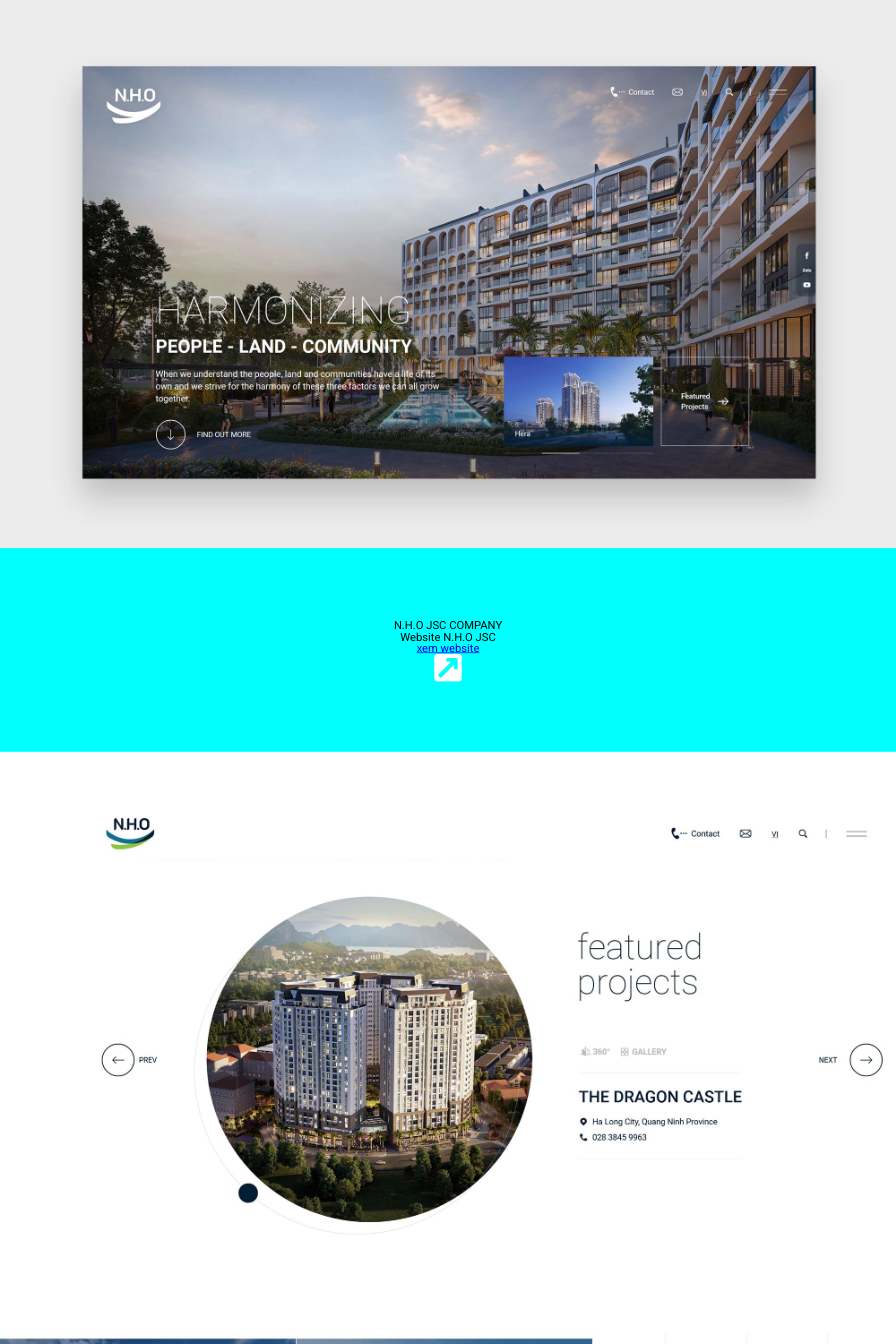
Repository: Minns-Cao/project-BTQ
Page: company.html
These files come from the project's save history. The page is drawn as it stood at one moment and after the next save; the edit follows.
The browser window is 1280 px wide. The pictures show the part of the page from y = 0 to 1920 px (the page is 6057 px tall), at 70% of full size.

Above is the page before, as saved 2023-07-02 09:33:48.
Console error: TypeError: Cannot read properties of null (reading 'addEventListener')

### company.html
<!DOCTYPE html>
<html lang="en">
    <head>
        <meta charset="UTF-8" />
        <meta http-equiv="X-UA-Compatible" content="IE=edge" />
        <meta name="viewport" content="width=device-width, initial-scale=1.0" />
        <title>BTQ</title>
        <!-- Fonts -->
        <link rel="preconnect" href="https://fonts.googleapis.com" />
        <link rel="preconnect" href="https://fonts.gstatic.com" crossorigin />
        <link
            href="https://fonts.googleapis.com/css2?family=Roboto:wght@100;300;400;500;700;900&display=swap"
            rel="stylesheet"
        />
        <!-- Reset CSS -->
        <link rel="stylesheet" href="./assets/css/reset.css" />
        <!-- Style CSS -->
        <link rel="stylesheet" href="./assets/css/headerFooter.css" />
        <link rel="stylesheet" href="./assets/css/styleCustomer.css" />
    </head>
    <body>
        <main>
            <div class="imgFirst">
                <img src="./imagesCompany/NHO/1.jpg" alt="" class="thumb" />
            </div>
            <div class="details-title-name">
                <h3 class="name">N.H.O JSC COMPANY</h3>
                <h3 class="label">Website N.H.O JSC</h3>
                <a href="https://www.nhojsc.vn/" class="linkWebCus">
                    <p class="seeMore">xem website</p>
                    <div class="icon">
                        <svg
                            xmlns="http://www.w3.org/2000/svg"
                            x="0px"
                            y="0px"
                            viewBox="0 0 100 100"
                        >
                            <path
                                fill="currentColor"
                                d="M99,11.6v76.8C99,94.3,94.3,99,88.4,99H11.6C5.7,99,1,94.3,1,88.4V11.6C1,5.7,5.7,1,11.6,1h76.8C94.3,1,99,5.7,99,11.6z
                        M78.1,15h-29c-2.8,0-5,2.2-5,5v3.1c0,2.8,2.5,5.3,5.3,5l12.2-0.3L16.6,73.1c-1.9,1.6-1.9,4.4,0,6.2l4.4,4.4c1.6,1.6,4.4,1.6,6.2,0
                       l44.9-45.3l-0.6,12.2c0,2.8,2.2,5.3,5,5.3h3.1c2.8,0,5-2.2,5-5v-29C84.6,21.9,85.2,15,78.1,15z"
                            ></path>
                        </svg>
                    </div>
                </a>
            </div>
            <div class="imgSecond">
                <img src="./imagesCompany/NHO/2.jpg" alt="" class="thumb" />
            </div>
            <div class="imgThird">
                <img src="./imagesCompany/NHO/3.jpg" alt="" class="thumb" />
            </div>
        </main>
        <!-- <iframe src="https://minns-cao.github.io/Minns-Project-MatBao/" id="myIframe" width="80%" title="W3Schools Free Online Web Tutorials">
        </iframe> -->
        <script src="./app_OpenAns.js"></script>
    </body>
</html>

### assets/css/headerFooter.css
* {
    box-sizing: border-box;
}

:root {
    --color-bg1: #24547f;
    --color-bg2: #463b75;
    --color-bg3: #d9996b;
    --color-bg4: #86506c;
    --color-bg5: #206a54;
    --color-bg6: #779273;
    --color-bg7: #e48f92;
    --color-bg8: #6dbcc5;
    --color-bgMenu: #24547f;
}

html {
    font-size: 62.5%;
}

body {
    font-family: "Roboto", sans-serif;
    font-size: 1.6rem;
}

/* =======================HEADER======================= */
.navigation {
    position: fixed;
    top: 0;
    left: 0;
    display: flex;
    justify-content: space-between;
    width: 100%;
    padding: 20px 30px;
    z-index: 100000;
}

.navigation .logo {
    transition: all 0.5s ease-out;
}

.navigation .box {
    display: flex;
    justify-content: center;
    align-items: center;
    gap: 1vw;
}

.navigation .targetPage{
    display: flex;
    align-items: center;
    transition: all 0.8s ease-out;
}

.navigation .targetPage .dot {
    width: 20px;
    height: 20px;
}

.navigation .targetPage .namePage {
    text-transform: uppercase;
    color: #fff;
    font-size: 36px;
    vertical-align: middle;
    white-space: nowrap;
    letter-spacing: -1px;
    line-height: 1.1;
    display: inline-block;
    font-weight: 400;
    margin-left: 1vw;
}

.navigationBar {
    display: flex;
    align-items: center;
    gap: 80px;
}

.navigationBar .lang {
    position: relative;
    font-weight: 900;
    font-size: 18px;
    line-height: 50px;
    text-transform: uppercase;
    color: #fff;
    width: auto;
    display: inline-block;
    padding-bottom: 10px;
    visibility: hidden;
    opacity: 0;
    pointer-events: none;
    transition: all 0.5s ease-in-out 0.2s;
    z-index: 10000;
}

.navigationBar .lang.active {
    visibility: visible;
    opacity: 1;
    pointer-events: all;
}
.navigationBar .lang::after,
.navigationBar .lang::before {
    position: absolute;
    content: "";
    display: block;
    width: 30px;
    height: 1px;
    background-color: #fff;
}

.navigationBar .lang::after {
    top: 40%;
    left: 130%;
}
.navigationBar .lang::before {
    top: 40%;
    right: 130%;
}



.navigation .iconBar {
    position: relative;
    display: block;
    width: 70px;
    height: 60px;
    color: #000;
    transform: translateX(0);
    transition: all 0.5s ease-in-out 0.2s;
    z-index: 10000;
}

.navigation .iconBar.active{
    transform: translateX(2vw);
}

.navigation .iconBar .background{
    width: 100%;
    height: 100%;
    background-color: rgba(0,0,0,.1);
    border-radius: 5px;
    transform: translate(-10%, -5%);
    visibility:hidden;
}



.iconBar .lineMid,
.iconBar .lineTop,
.iconBar .lineBot {
    position: absolute;
    top: 25px;
    left: 0px;
    height: 2px;
    width: 75%;
    background-color: #fff;
    box-shadow: 3px 3px 0 rgb(0 0 0 / 10%);
    transition: all 0.3s ease-in-out;
}

.iconBar .lineMid {
    opacity: 1;
    visibility: visible;
}

.iconBar .lineTop {
    top: 15px;
    left: 5px;
    width: 40%;
}

.iconBar .lineBot {
    top: 35px;
    left: 5px;
    width: 40%;
}

.navigation .iconBar:hover .lineMid {
    width: 50%;
}

.navigation .iconBar:hover .lineTop,
.navigation .iconBar:hover .lineBot {
    width: 60%;
}

/* nav onClick */

.navigation .onClick.iconBar .lineMid {
    visibility: hidden;
    opacity: 0;
}

.navigation .onClick.iconBar .lineTop,
.navigation .onClick.iconBar .lineBot {
    top: 25px;
    left: 10px;
    width: 50%;
}

.navigation .onClick.iconBar .lineTop {
    transform: rotate(45deg);
}
.navigation .onClick.iconBar .lineBot {
    transform: rotate(-45deg);
}

.navigation .onClick.iconBar:hover .lineTop,
.navigation .onClick.iconBar:hover .lineBot {
    top: 25px;
    width: 50%;
}

.navigation .onClick.iconBar:hover .lineTop {
    left: 11px;
    transform: rotate(90deg);
    box-shadow: none;
}
.navigation .onClick.iconBar:hover .lineBot {
    left: 9px;
    transform: rotate(-90deg);
    box-shadow: none;
}

/* =======================HEADER-MENU======================= */

header .menu {
    position: absolute;
    top: 0;
    right: 0;
    width: 100%;
}

header .menu .bg-menu {
    position: absolute;
    top: 0;
    left: 0;
    display: block;
    width: 100vw;
    height: 100vh;
    z-index: 101;
    overflow: hidden;
    pointer-events: none;
}

header .menu .color-bg-menu {
    display: block;
    width: 100%;
    height: 100%;
    border-radius: 50%;
    background-image: linear-gradient(
        -135deg,
        var(--color-bgMenu) 65%,
        transparent 80%
    );
    opacity: 0;
    visibility: hidden;
    transition: all 0.3s linear;
    pointer-events: none;
}

header .menu .color-bg-menu.active {
    animation: bg-menuAnimation_active 0.5s linear forwards;
}
header .menu .color-bg-menu.noActive {
    animation: bg-menuAnimation_noActive 5s linear forwards;
}

@keyframes bg-menuAnimation_active {
    0% {
        opacity: 0;
        visibility: hidden;
        transform: translate(60%, -60%) scale(1);
    }
    30% {
        opacity: 0.98;
        visibility: visible;
    }
    100% {
        opacity: 0.98;
        visibility: visible;
        transform: translate(60%, -60%) scale(4);
        pointer-events: none;
    }
}
@keyframes bg-menuAnimation_noActive {
    0% {
        opacity: 0.98;
        visibility: visible;
        transform: translate(60%, -60%) scale(4);
    }
    30% {
        opacity: 0;
        visibility: visible;
    }
    100% {
        opacity: 0;
        visibility: none;
        transform: translate(60%, -60%) scale(3.5);
        pointer-events: all;
    }
}
header .menu .main-menu {
    position: absolute;
    top: 0;
    right: 0;
    display: flex;
    align-items: flex-end;
    flex-direction: column;
    gap: 50px;
    width: 100%;
    height: 100%;
    padding-top: 70px;
    margin-right: 10vw;
    margin-top: 10vh;
    z-index: 102;
    visibility: hidden;
    opacity: 0;
    pointer-events: none;
    transition: all 0.5s ease-in-out 0.2s;
}

header .menu .main-menu.active {
    visibility: visible;
    opacity: 1;
    pointer-events: all;
}

header .menu .iconHome {
    display: block;
    width: 50px;
    height: 36px;
    color: #fff;
}

header .menu a{
    text-decoration: none;
}

header .menu .menuItem {
    font-weight: 900;
    font-size: calc(100vh / 14);
    line-height: 1;
    letter-spacing: 2px;
    text-transform: uppercase;
    white-space: nowrap;
    color: #fff;
    -webkit-text-stroke: 1px #fff;
    -webkit-text-fill-color: transparent;
    transition: all 0.5s ease-in-out;

}

header .menu .menuItem:hover {
    color: #fcd62c;
    -webkit-text-stroke: 1px #fcd62c;
    -webkit-text-fill-color: #fcd62c;
}

footer .contentBlockFooter{
    height: 35vh;
    background-color: #91b879;
    position: relative;
}

footer .contentBlockFooter::after{
    position: absolute;
    content: '';
    display: block;
    pointer-events: none;
    background-color: #fff;
    width: 1px;
    height: 6vw;
    top: -3vw;
    left: 50%;
    z-index: 10;
}

footer .contentBlockFooter .contentBox {
    padding-top: 60px;
    display: flex;
    flex-direction: column;
    justify-content: center;
    align-items: center;
}

footer .contentBlockFooter .contentBox svg{
    color: #fff;
    width: 60px;
    height: 60px;
}

footer .contentBlockFooter .contentBox .copyRight{
    font-size: 13px;
    line-height: 1.2;
    color: #fff;
    text-transform: uppercase;
}

footer .contentBlockFooter .contentBox .copyRight strong {
    font-weight: 900;
}

### assets/css/styleCustomer.css
/* ==========================imgFirst============================= */
body{
    background-color: aqua;
}
.thumb {
    width: 100vw;
}

.details-title-name {
    display: flex;
    justify-content: center;
    align-items: center;
    flex-direction: column;
    width: 100%;
    height: 40vh;
}

.details-title-name .linkWebCus {
    display: flex;
    flex-direction: column;
    justify-content: center;
    align-items: center;
}

.details-title-name .linkWebCus .name{
    font-size: 5vw;
    font-weight: 100;
    line-height: 1.2;
    position: relative;
    margin: 10px 0;
    color: #fff;
    text-align: center;
    display: block;
}

.details-title-name .icon {
    width: 40px;
    height: 40px;
    color: #fff;
}



#myIframe {
    position: absolute;
    height: 100vh;
    top: 0;
    left: 0;
    right: 0;
    bottom: 0;
    z-index: 1000000;
    background-color: rebeccapurple;
    overflow: hidden;
}

### app_OpenAns.js
// ======================activeIconMenuBar=========================
function activeIconMenuBar(x) {
    x.classList.toggle("onClick");
    let mainMenu = document.querySelector("header .menu .main-menu");
    let lang = document.querySelector(".navigationBar .lang");
    let bgMenu = document.querySelector("header .menu .color-bg-menu");
    if (x.classList.contains("onClick")) {
        mainMenu.classList.add("active");
        lang.classList.add("active");
        bgMenu.classList.add("active");
        bgMenu.classList.remove("noActive");
        changeBackroundMenu();
    } else {
        mainMenu.classList.remove("active");
        lang.classList.remove("active");
        bgMenu.classList.remove("active");
        bgMenu.classList.add("noActive");
    }
}

let dataBackgroundMenu = [
    "#24547f",
    "#463b75",
    "#d9996b",
    "#86506c",
    "#206a54",
    "#779273",
    "#e48f92",
    "#6dbcc5",
];

function changeBackroundMenu() {
    let first_elm = dataBackgroundMenu.shift();
    dataBackgroundMenu.push(first_elm);
    document
        .querySelector("header .menu .color-bg-menu")
        .style.setProperty("--color-bgMenu", dataBackgroundMenu[0]);
}

// ======================textRun=========================

let thisBox_list = document.querySelectorAll(
    ".contentBlock1 .textBanner .thisBox"
);
thisBox_list.forEach((thisBox) => {
    let widthContent = thisBox.offsetWidth / 2;
    let thisBoxStyles = getComputedStyle(thisBox);
    thisBox.style.setProperty("--contentWidth", `${-widthContent + 9.5}px`);
});

// ======================EnterButton=========================
let objIcon = document.querySelector(".obj-icon");
objIcon.addEventListener("mousemove", (e) => {
    let xValue = e.clientX;
    let yValue = e.clientY;
    let rectOfobjIcon = objIcon.getBoundingClientRect();
    let yValueBtn = rectOfobjIcon.top + rectOfobjIcon.height / 2;
    let xValueBtn = rectOfobjIcon.left + rectOfobjIcon.width / 2;
    let speed = 0.125;
    objIcon.style.transform = `translate(${-(xValue - xValueBtn) * speed}px,${
        -(yValue - yValueBtn) * speed
    }px) `;
});

objIcon.addEventListener("mouseout", () => {
    objIcon.style.transform = `translate(0,0)`;
});
// ======================ScrollAnimation=========================

function moveNav(target) {
    let logoNav = document.querySelector("header .navigation .logo");
    let targetPage = document.querySelector("header .navigation .targetPage");
    let bar = document.querySelector("header .navigation .iconBar");
    let bar_backGround = document.querySelector(
        "header .navigation .iconBar .background"
    );
    if (target < 1) {
        logoNav.style.transform = `translate(0,0)`;
        targetPage.style.transform = `translate(0,0)`;
        bar.classList.remove("active");
        bar_backGround.style.visibility = "hidden";
    }
    if (target > 1 && target < 100) {
        logoNav.style.transform = `translate(${-target * 200}px,0)`;
        targetPage.style.transform = `translate(0,${-target * 200}px)`;
        bar.classList.add("active");
        bar_backGround.style.visibility = "visible";
    }
}

window.addEventListener("scroll", (e) => {
    let heightOfFooter = document.querySelector("footer").offsetHeight;
    //Vị trí của scroll (không tính footer)
    let targetScroll =
        (window.pageYOffset /
            (document.body.offsetHeight -
                heightOfFooter -
                window.innerHeight)) *
        100;
    moveNav(targetScroll);
});

function ScrollAnimation(elm, distance, speed, trend, first) {
    window.addEventListener("scroll", function () {
        //khoảng di chuyển
        let x = (window.innerHeight - elm.getBoundingClientRect().top) * speed;

        //xử lý bug phần tử đầu tiên khi scroll
        if(first === "true") {
            x = x - (window.innerHeight * speed);
        }

        //giới hạn di chuyển từ 0 tới distance
        let movePos = Math.max(0, Math.min(distance, x));

        //gán giá trị transform cho elm
        if (trend === "down" || trend === undefined) {
                elm.style.transform = `translateY(${movePos}px)`;
        } else if (trend === "up") {
            elm.style.transform = `translateY(${-(movePos - distance)}px)`;
        }
    });
}

let list_scrollElm = document.querySelectorAll(".scrollElm");

list_scrollElm.forEach((scrollElm) => {
    let distance = scrollElm.dataset.distance;
    let speed = scrollElm.dataset.speed;
    let trend = scrollElm.dataset.trend;
    let first = scrollElm.dataset.first;
    ScrollAnimation(scrollElm, distance, speed, trend, first);
});




// ========================
// var iframe = document.getElementById('myIframe');

// // Ngăn sự kiện cuộn trang web chính
// window.addEventListener('scroll', function(e) {
//   e.preventDefault();
//   window.scrollTo(0, 0);
// });

// // Cho phép cuộn bên trong iframe
// iframe.addEventListener('load', function() {
//   iframe.contentWindow.addEventListener('scroll', function(e) {
//     e.stopPropagation();
//   });
// });

Loaded but not shown: assets/css/reset.css (common file)

After the next save:
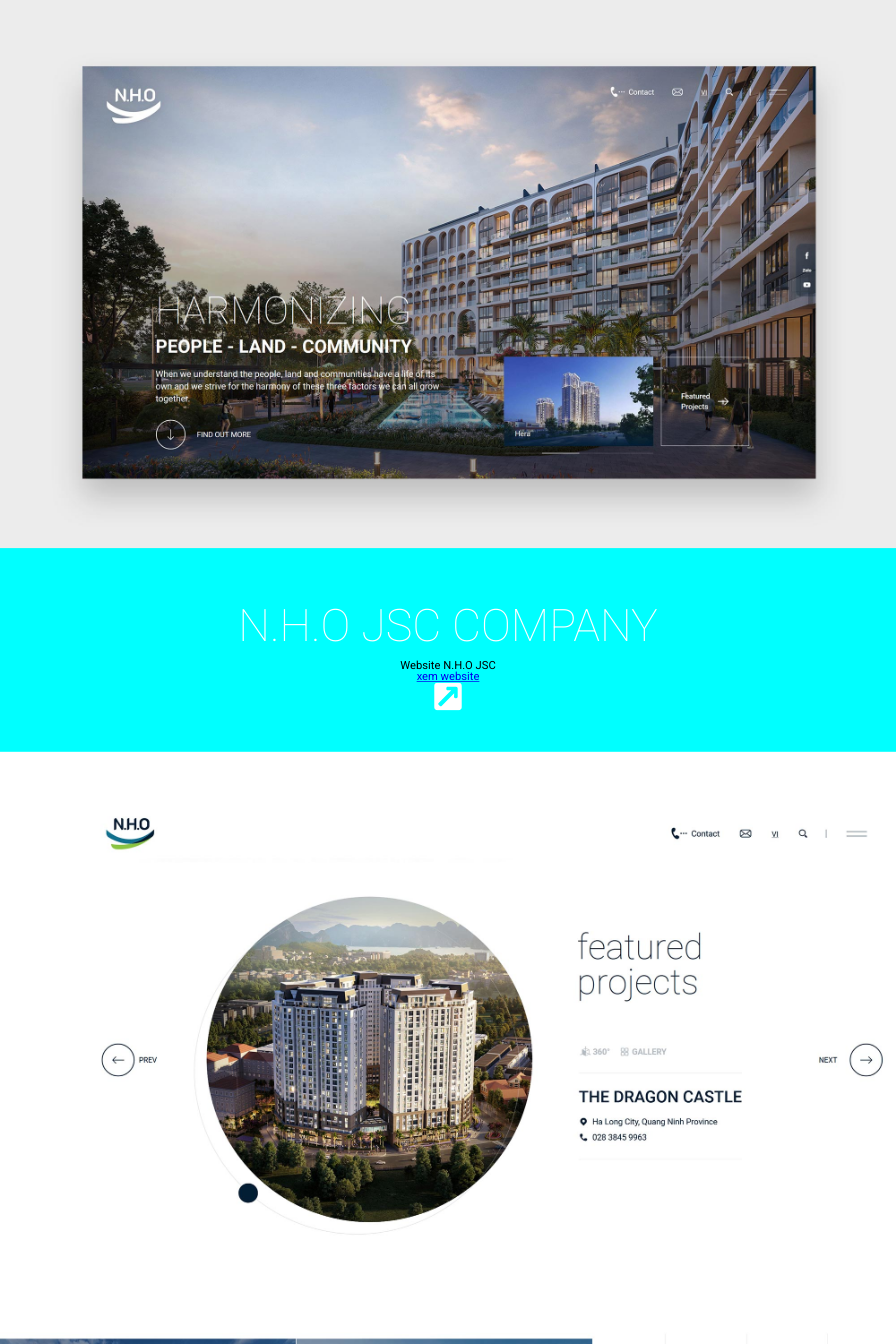
Saved 25 s later.
--- a/assets/css/styleCustomer.css
+++ b/assets/css/styleCustomer.css
@@ -22,7 +22,7 @@
     align-items: center;
 }
 
-.details-title-name .linkWebCus .name{
+.details-title-name .name{
     font-size: 5vw;
     font-weight: 100;
     line-height: 1.2;
